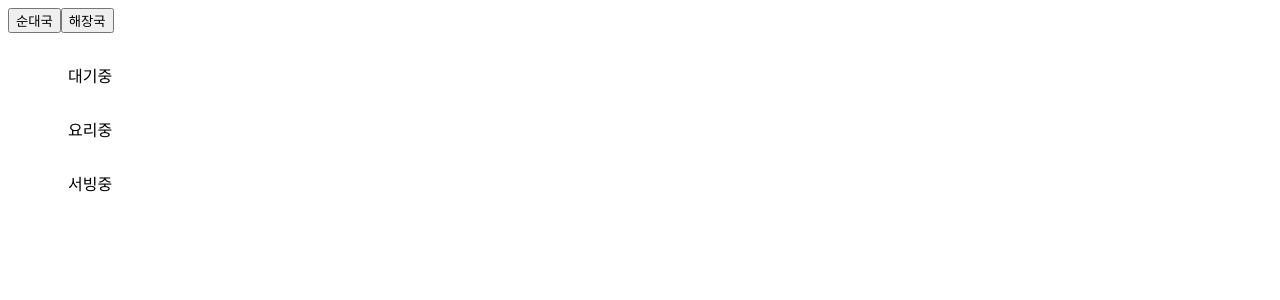
Repository: IT-magician/Restaurant-Simulation
Page: index.html
The author's editor kept a copy of each file at every save. The page is drawn from the files as they stood at one save, then again after the next save.
The browser window is 1280 px wide. The pictures show the whole page.

Above is the page before, as saved 2023-11-14 23:09:09.

### index.html
<!DOCTYPE html>
<html lang="ko-kr">
  <head>
    <meta charset="UTF-8" />
    <meta name="viewport" content="width=device-width, initial-scale=1.0" />
    <title>Document</title>
  </head>
  <body>
    <div class="kiosk">
      <div class="banner">
        <div class="ad-display"></div>
        <div class="progress-display"></div>
      </div>
      <div class="order" style="display: flex">
        <div class="food">
          <input type="button" value="순대국" />
        </div>
        <div class="food"><input type="button" value="해장국" /></div>
      </div>
    </div>
    <div class="order-display" style="margin: 30px">
      <div class="item" style="margin: 30px">
        <div class="title">대기중</div>
        <div id="waiting"></div>
      </div>
      <div class="item" style="margin: 30px">
        <div class="title">요리중</div>
        <div id="cooking"></div>
      </div>
      <div class="item" style="margin: 30px">
        <div class="title">서빙중</div>
        <div id="serving"></div>
      </div>
    </div>

    <!-- <script type="module" src="./js/food.js"></script>
    <script type="module" src="./js/machinesOfManaingeStore.js"></script>
    <script type="module" src="./js/staff.js"></script> -->
    <script src="./js/main.js" type="module"></script>
  </body>
</html>

### js/main.js
import {
  GeneralModelOfOrderManager,
  Kiosk,
} from "./MachinesOfManaingeStore.js";
import { Cooker, Waiter } from "./staff.js";
import { sundaeSoop } from "./food.js";

function displayDrawerFunc(orderInfoList, name = null) {
  console.log("------------------");
  console.log("displayDrawerFunc 함수 : ", name, orderInfoList);
  console.log("------------------");
  let orderWaitingTrHTML = "";
  let orderCookingTrHTML = "";
  let orderServingTrHTML = "";

  // orderInfoList.forEach((orderInfo) => {
  //   const tr = `<div class="order-display-item" style="display: flex;justify-content: space-evenly;">
  //                   <div>${orderInfo.food.getFoodName()}</div>
  //                   <div>${orderInfo.orderNumber}</div>
  //                   <div>${orderInfo.statusName}</div>
  //               </div>`;

  //   switch (orderInfo.statusName) {
  //     case "대기중":
  //       console.log("대기중인 주문 : ", orderInfo);
  //       orderWaitingTrHTML += tr;
  //       cnt++;
  //       break;
  //     case "요리중":
  //       orderCookingTrHTML += tr;
  //       break;
  //     case "서빙중":
  //       orderServingTrHTML += tr;
  //       break;
  //   }
  //   cnt++;
  // });

  const len = orderInfoList.length;
  for (let i = 0; i < len; i++) {
    const orderInfo = orderInfoList[i];

    const tr = `<div class="order-display-item" style="display: flex;justify-content: space-evenly;">
                    <div>${orderInfo.food.getFoodName()}</div>
                    <div>${orderInfo.orderNumber}</div>
                    <div>${orderInfo.statusName}</div>
                </div>`;

    switch (orderInfo.statusName) {
      case "대기중":
        console.log("대기중인 주문 : ", orderInfo);
        orderWaitingTrHTML += tr;
        break;
      case "요리중":
        orderCookingTrHTML += tr;
        break;
      case "서빙중":
        orderServingTrHTML += tr;
        break;
    }
  }

  document.querySelector(".order-display > .item #waiting").innerHTML =
    orderWaitingTrHTML;
  document.querySelector(".order-display > .item #cooking").innerHTML =
    orderCookingTrHTML;
  document.querySelector(".order-display > .item #serving").innerHTML =
    orderServingTrHTML;

  // console.log(
  //   "\n__________________________\norderWaitingTrHTML",
  //   orderWaitingTrHTML,
  //   "\n__________________________\norderCookingTrHTML",
  //   orderCookingTrHTML,
  //   "\n__________________________\norderServingTrHTML",
  //   orderServingTrHTML
  // );
  // console.log(" ");
  // console.log(" ");
}

const cookers = [new Cooker(), new Cooker()];
const waiters = [new Waiter(1000), new Waiter(2000)];
const orderManager = new GeneralModelOfOrderManager(
  cookers,
  waiters,
  displayDrawerFunc
);
const kiosk = new Kiosk(orderManager);

const kioskElement = document.querySelector(".kiosk");
const orderListBtns = kioskElement.querySelector(".order");

orderListBtns.addEventListener("click", (e) => {
  const element = e.target.parentNode.querySelector("input[type=button]");
  const orderFoodName = element.value;

  switch (orderFoodName) {
    case "순대국":
      kiosk.orderSundaeSoop();
      break;
    case "해장국":
      kiosk.orderSoopForHangingOver();
      break;
  }
});

### js/MachinesOfManaingeStore.js
import { Food, sundaeSoop, SoopForHangingOver } from "./food.js";

/**
 * OrderManger는 1:1, 1:N 모두가 될 수 있음. 1:1은 자기자신, 1:N인 경우는 메인-워커쓰레드처럼 자기 자신이 로드밸런서 역할을 하는 것으로 설계했음.
 */
class OrderManager {
  #orderList = [];
  #waitingCookers = [];
  #displayDrawerFunc;
  #waitingWaiters = [];

  testCount = 0;

  #uuid = 1;

  constructor(waitingCookers, waitingWaiters, displayDrawerFunc) {
    if (waitingCookers.length == 0 || waitingWaiters.length == 0)
      throw new Error("각각의 요리사나 웨이터는 한명 이상이어야합니다.");

    this.#waitingCookers = waitingCookers;
    this.#waitingWaiters = waitingWaiters;
    this.#displayDrawerFunc = displayDrawerFunc;
  }

  /**
   *
   * @param {int} orderUniqueNumber
   */
  /*virtual */ pop(orderUniqueNumber) {
    let removedItemIdx = this.#orderList.findIndex(
      (item) => item.orderNumber === orderUniqueNumber
    );

    if (removedItemIdx === -1) return null;

    let removedItem = this.#orderList[removedItemIdx];

    this.#orderList = this.#orderList.filter(
      (item) => item.orderNumber !== orderUniqueNumber
    );

    return removedItem;
  }

  #search(orderNumber) {
    let idx = 0;
    for (let orderInfo of this.#orderList) {
      if (orderInfo.orderNumber === orderNumber) {
        return idx;
      }
      idx++;
    }

    return -1;
  }

  #update(orderNumber, statusName) {
    let idx = this.#search(orderNumber);
    if (idx > -1) {
      this.#orderList[idx].statusName = statusName;
      console.log(`수정한 아이템 결과 : `, this.#orderList[idx]);
    }

    this.#displayDrawerFunc(this.#orderList, statusName);
  }

  /**
   *
   * @param {Food} food
   * @returns 주문번호
   */
  append(food) {
    // let uuid = this.#generateUUID();
    let uuid = this.#generateUUID();

    this.#orderList.push({
      food,
      orderNumber: uuid,
      statusName: null,
    });
    this.#update(uuid, "대기중");

    const waitingStaffUntilArriving = async function (staff) {
      let result = null;
      const maxWatchTime = 1000 * 3600; // 1hour
      let watchTime = 0;
      let interval = 100;

      await new Promise((resolve, reject) => {
        const checker = window.setInterval(() => {
          watchTime += interval;
          if (interval >= maxWatchTime) clearInterval(checker);

          if (staff.length > 0) {
            clearInterval(checker);
            resolve(staff.shift());
          }
        }, interval);
      }).then((_staff) => {
        result = _staff;
      });

      return result;
    };

    new Promise(async (resolve, reject) => {
      let cooker = await waitingStaffUntilArriving(this.#waitingCookers);

      cooker.setProgressWaitingTime(
        cooker.getProgressLevel("요리중"),
        food.getRequiredCookTime()
      );

      if (cooker.getCurrentProgressLevel() > 0) {
        cooker.resetProgress();
      }

      /// 데이터 변경 + Dom트리에 요리중으로 수정
      this.#update(uuid, "요리중");

      // 요리사 queue에서 꺼내와서 일시켜 + 동기화 진행
      for (
        let progressLevel = 1;
        progressLevel <= cooker.getMaxProgressLevel();
        progressLevel++
      ) {
        await cooker.doCurrentProgress();
      }

      /// 데이터 변경 + Dom트리에 요리중으로 수정
      this.#update(uuid, "대기중");

      // 일끝났으면 다시 queue에 집어넣어
      this.#waitingCookers.push(cooker);

      resolve();
    }).then(async () => {
      let waiter = await waitingStaffUntilArriving(this.#waitingWaiters);

      if (waiter.getCurrentProgressLevel() > 0) waiter.resetProgress();

      /// 데이터 변경 + Dom트리에 요리중으로 수정
      this.#update(uuid, "서빙중");

      for (
        let progressLevel = 1;
        progressLevel <= waiter.getMaxProgressLevel();
        progressLevel++
      ) {
        await waiter.doCurrentProgress();
      }

      // 일끝났으면 다시 queue에 집어넣어
      this.#waitingWaiters.push(waiter);

      this.pop(uuid);
      this.#update(uuid, "서빙완료");
    });
  }

  /**
   *
   * @param {int} orderUniqueNumber
   * @param {string} statusName
   */
  setProgressStatus(orderUniqueNumber, statusName) {
    this.#orderList.find(
      (item) => item.orderNumber === orderUniqueNumber
    ).statusName = statusName;
  }
  /*virtual*/
  #generateUUID() {
    return this.#uuid++;
  }
}

class GeneralModelOfOrderManager extends OrderManager {}
class MainThreadOfOrderManagerModel extends OrderManager {} // cooming soon!
class WorkerThreadOfOrderManagerModel extends OrderManager {} // cooming soon!

class Kiosk {
  #orderManager;

  /**
   *
   * @param {OrderManager} orderManager
   */
  constructor(orderManager) {
    this.#orderManager = orderManager;
  }

  orderSundaeSoop() {
    const food = new sundaeSoop();
    return this.#order(food);
  }

  orderSoopForHangingOver() {
    return this.#order(new SoopForHangingOver());
  }

  /**
   *
   * @param {Food} food
   * @returns
   */
  #order(food) {
    this.#orderManager.append(food);
  }

  /**
   *
   * @param {int} orderUniqueNumber
   * @returns
   */
  cancel(orderUniqueNumber) {
    return this.#orderManager.pop(orderUniqueNumber);
  }
}

export { GeneralModelOfOrderManager, Kiosk };

### js/staff.js
class Staff {
  #progress_status_idx = 0;
  #progress_status_names = ["대기"];
  #progress_status_waiting_times = [0];
  #current_progress_left_time = 0;
  #check_progress_status_interval = 1000;

  /**
   *
   * @param {object - '작업이름':'걸리는 시간'} progress_status_info
   */
  constructor(progress_status_info) {
    if (
      progress_status_info instanceof Object === false ||
      progress_status_info.length < 1
    )
      throw new Error(
        "Invalid Argument - the progress status names's type must be object (key-value array) type and the length is more than zero."
      );

    const progressCount = progress_status_info.length;

    this.#progress_status_names = Array(progressCount);
    this.#progress_status_waiting_times = Array(progressCount);

    let i = 0;
    for (const [progress_name, progress_waiting_time] of Object.entries(
      progress_status_info
    )) {
      this.#progress_status_names[i] = progress_name;
      this.#progress_status_waiting_times[i] = progress_waiting_time;
      i++;
    }
  }

  resetProgress() {
    this.#progress_status_idx = 0;
  }

  jumpCurrentProgress() {
    return (this.#progress_status_idx =
      ++this.#progress_status_idx % this.#progress_status_names.length);
  }

  /**
   *
   * @returns {Promise|int} promise 객체나, (완료시) 작업했던 단계를 반환한다.
   */
  async doCurrentProgress() {
    return await new Promise((resolve, reject) => {
      setTimeout(() => {
        // if (progressLevel === 1) reject("대기상태에서는 아무 작업도 하지 않습니다.")
        this.jumpCurrentProgress();
        resolve(this.getCurrentProgressLevel());
      }, this.#progress_status_waiting_times[this.#progress_status_idx]);
    });

    const progressStatusInterval = getCheckProgressStatusInterval();
    const countDown = function () {
      const leftWaitingTime = Math.max(
        0,
        getCurrentProgressWaitingTime() - progressStatusInterval
      );
      setCurrentProgressWaitingTime(leftWaitingTime);

      return leftWaitingTime;
    };

    return new Promise((resolve, reject) => {
      setTimeout(() => {
        // if (progressLevel === 1) reject("대기상태에서는 아무 작업도 하지 않습니다.")

        const leftWaitingTime = countDown();

        resolve([leftWaitingTime, progressLevel]);
      }, progressStatusInterval);
    });
  }

  getMaxProgressLevel() {
    return this.#progress_status_names.length;
  }

  /**
   *
   * @param {int} progress_level : 찾고자하는 이름의 작업단계를 전달한다.
   * @returns {string} : 전달받은 작업단계의 작업이름을 반환한다.
   */
  getProgressName(progress_level) {
    return this.#progress_status_names[progress_level];
  }

  getProgressLevel(progress_name) {
    return (
      this.#progress_status_names.findIndex((item) => item === progress_name) +
      1
    );
  }
  /**
   *
   * @returns {string}
   */
  getCurrentProgressName() {
    return this.#progress_status_names[this.#progress_status_idx];
  }

  /**
   *
   * @returns {int}
   */
  getCurrentProgressLevel() {
    return this.#progress_status_idx + 1;
  }

  setProgressWaitingTime(progress_level, waiting_time) {
    if (
      progress_level < 1 ||
      progress_level > this.#progress_status_names.length
    )
      throw new Error("OutBoundError : Out Of Progress Level Range.");

    //
    // if (waiting_time < 0)
    //     throw new Error("the waiting time must be from 0 to infinite.");

    this.#progress_status_waiting_times[progress_level - 1] = waiting_time;
  }

  getCheckProgressStatusInterval() {
    return this.#check_progress_status_interval;
  }

  setCheckProgressStatusInterval(milliseconds) {
    this.#check_progress_status_interval = milliseconds;
  }

  //   getCurrentProgressWaitingTime() {
  //     return this.#current_progress_left_time;
  //   }

  #setCurrentProgressWaitingTime(left_time) {
    this.#current_progress_left_time = left_time;
  }
}

class Cooker extends Staff {
  constructor() {
    super({
      대기중: 0 * 1000,
      요리중: -1,
    });
  }
}

class Waiter extends Staff {
  constructor(serving_work_time) {
    super({
      대기중: 0 * 1000,
      서빙: serving_work_time,
    });
  }
}

export { Cooker, Waiter };

### js/food.js
class Food {
  #name;
  #cookTime;
  #origin = "대전광역시";

  constructor(name, cookTime) {
    this.#name = name;
    this.#cookTime = cookTime;
  }

  getFoodName() {
    return this.#name;
  }

  getRequiredCookTime() {
    return this.#cookTime;
  }
}

class sundaeSoop extends Food {
  constructor() {
    super("순대국", 5 * 1000);
  }
}

class SoopForHangingOver extends Food {
  constructor() {
    super("해장국", 2 * 1000);
  }
}

export { Food, sundaeSoop, SoopForHangingOver };

After the next save:
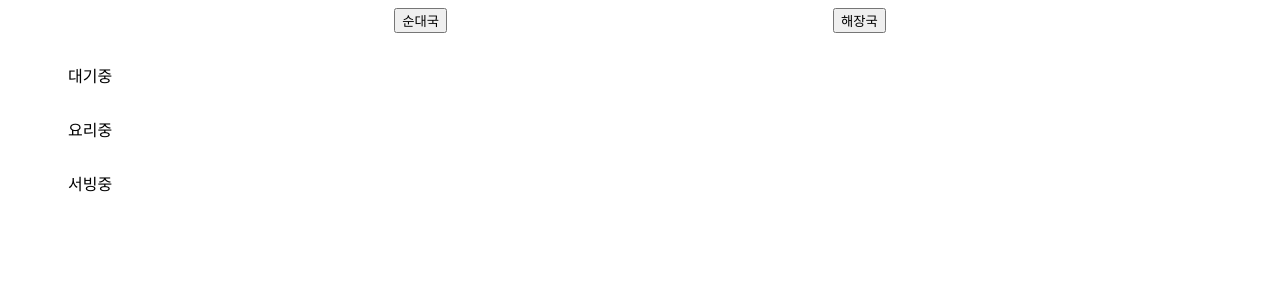
Saved 13 s later.
--- a/index.html
+++ b/index.html
@@ -11,7 +11,7 @@
         <div class="ad-display"></div>
         <div class="progress-display"></div>
       </div>
-      <div class="order" style="display: flex">
+      <div class="order" style="display: flex; justify-content: space-evenly">
         <div class="food">
           <input type="button" value="순대국" />
         </div>
